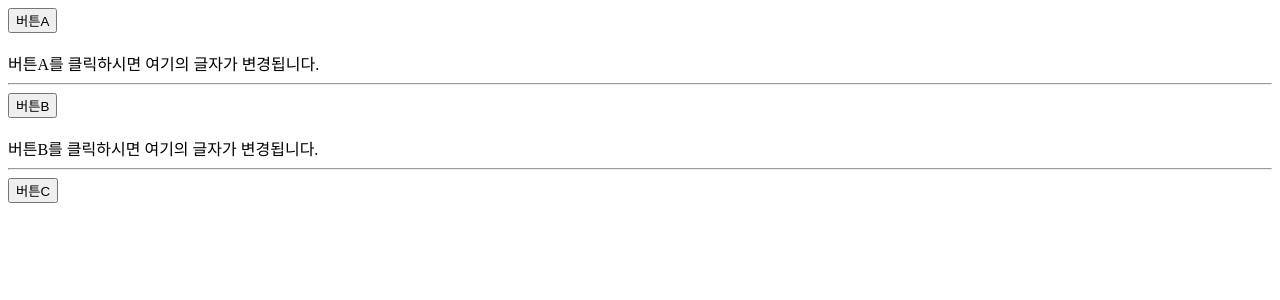
Repository: l3asic/TeamC
Page: 09.jQuery/WebContent/jq03.html
These files come from the project's save history. The page is drawn as it stood at one moment and after the next save; the edit follows.
The browser window is 1280 px wide. The pictures show the whole page.
After loading, the first visible `#btn3` was clicked once.

Above is the page before, as saved 2021-12-08 07:01:55.

### 09.jQuery/WebContent/jq03.html
<!DOCTYPE html>
<html>
<head>
<meta charset="UTF-8">
<title>jQuery03</title>

<script type="text/javascript" src="https://code.jquery.com/jquery-3.6.0.min.js"></script>
<script type="text/javascript" src="jquery/jquery-3.6.0.js"></script>
<script type="text/javascript">
$(document).ready(function(){
	$("#btn1").on("click", function(){
		$("#display1").empty();
		$("#display1").append("안녕하세요^^");
	});	//on()

	$("#btn2").click(function(){
		$("#display2").html("반갑습니다^^");
	});	//click()
});	//ready()

function fnClick(){
	var display = document.getElementById("display3");
	display.innerText = "";
}
</script>

</head>
<body>
<button id="btn1">버튼A</button>
<br/><br/>
<div id="display1">
버튼A를 클릭하시면 여기의 글자가 변경됩니다.
</div>

<hr>

<button id="btn2">버튼B</button>
<br/><br/>
<div id="display2">
버튼B를 클릭하시면 여기의 글자가 변경됩니다.
</div>

<hr>

<button id="btn3" onclick="fnClick()">버튼C</button>
<br/><br/>
<div id="display3">
버튼B를 클릭하시면 여기의 글자가 변경됩니다.
</div>
</body>
</html>

Loaded but not shown: 09.jQuery/WebContent/jquery/jquery-3.6.0.js (library)

After the next save:
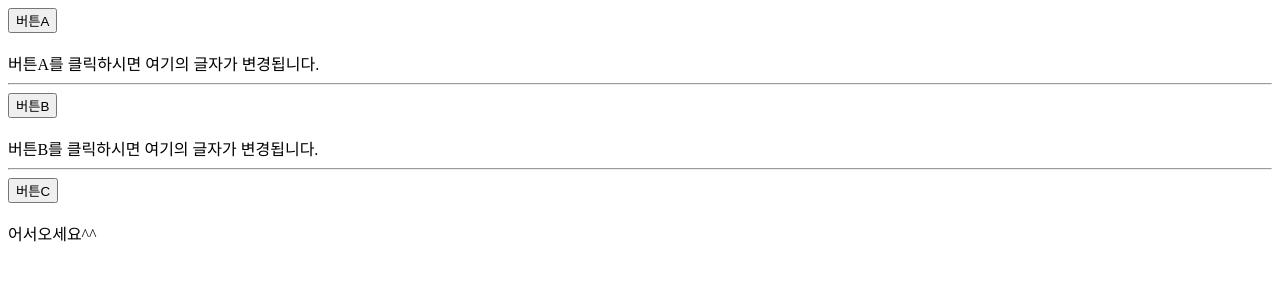
Saved 27 s later.
--- a/09.jQuery/WebContent/jq03.html
+++ b/09.jQuery/WebContent/jq03.html
@@ -21,6 +21,7 @@ $(document).ready(function(){
 function fnClick(){
 	var display = document.getElementById("display3");
 	display.innerText = "";
+	display.innerText = "어서오세요^^";
 }
 </script>
 
